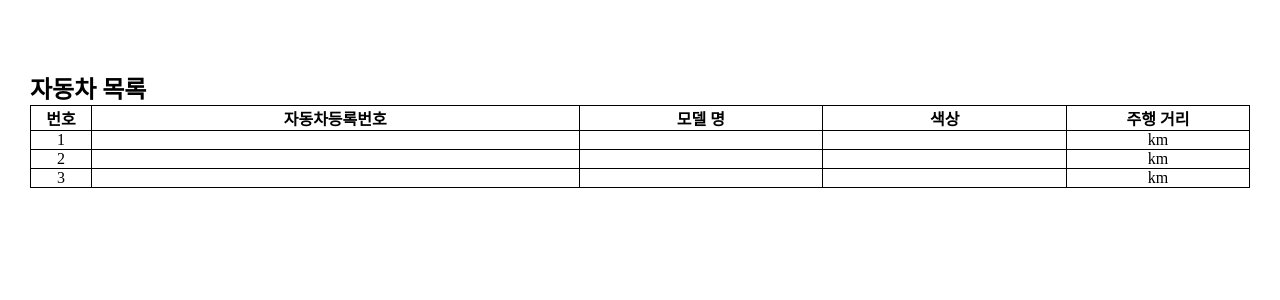
Repository: HI-CLAIRE/s.s.a.f.y_java
Page: Vue.js/Homework/vue_ws_02_1-master/list.html
An editor plug-in stored every save of this project. The page is shown before and after the next save, followed by the edit.
The browser window is 1280 px wide. The pictures show the whole page.

Above is the page before, as saved 2022-11-08 08:59:43.

After the next save:
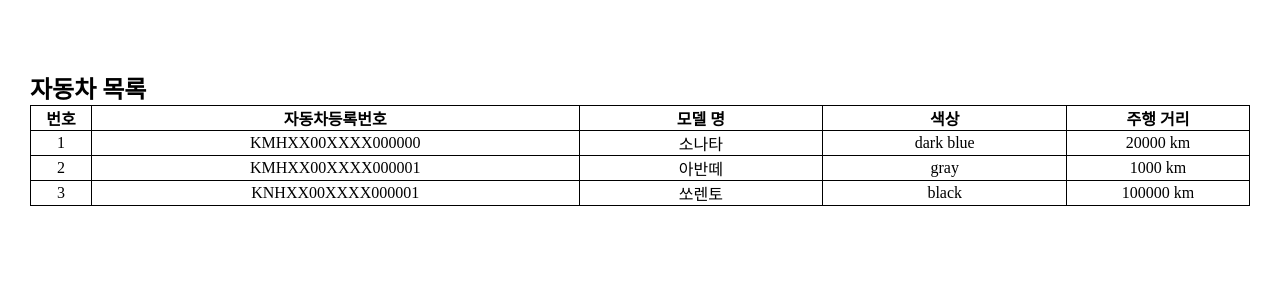
Saved 23 s later.
--- a/Vue.js/Homework/vue_ws_02_1-master/list.html
+++ b/Vue.js/Homework/vue_ws_02_1-master/list.html
@@ -21,7 +21,7 @@
         </div>
       <div class="container">
         <h2>자동차 목록</h2>
-        <div v-if="cars.length">
+        <div v-if="car.length">
           <table class="car-list">
             <colgroup>
               <col style="width: 5%" />
@@ -41,12 +41,12 @@
             </thead>
             <tbody>
               <!-- 반복문을 통해 출력한다. -->
-              <tr v-for="(car, index) in cars" :key="index">
+              <tr v-for="(car, index) in car" :key="index">
                 <td>{{ index + 1 }}</td>
-                <td>{{ cars.vin }}</td>
-                <td>{{ cars.modelName }}</td>
-                <td>{{ cars.color }}</td>
-                <td>{{ cars.mileage }} km</td>
+                <td>{{ car.vin }}</td>
+                <td>{{ car.modelName }}</td>
+                <td>{{ car.color }}</td>
+                <td>{{ car.mileage }} km</td>
               </tr>
             </tbody>
           </table>
@@ -59,7 +59,7 @@
         el: "#app",
         name: "list",
         data: {
-          cars: [
+          car: [
             {
               vin: "KMHXX00XXXX000000",
               modelName: "소나타",
